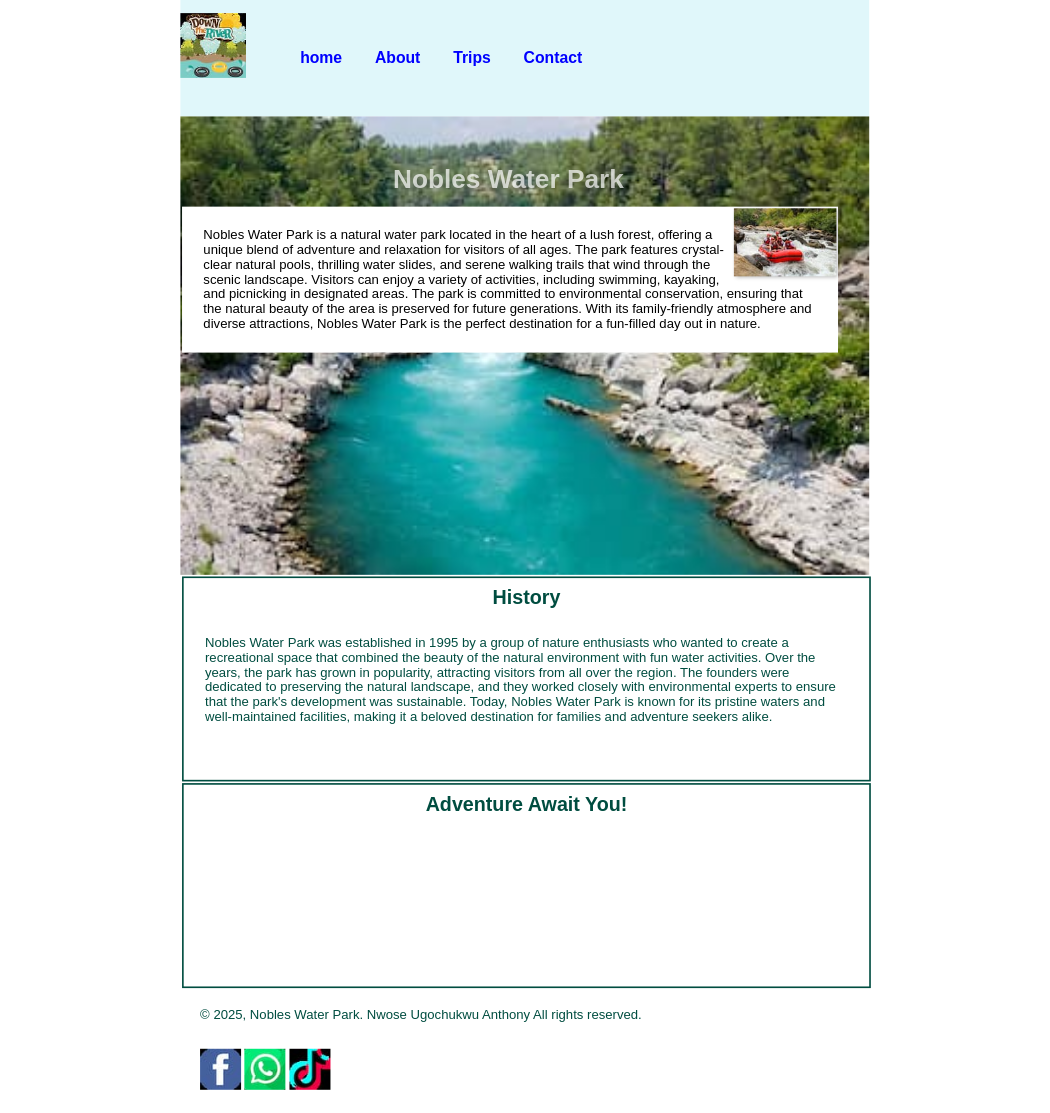
Repository: NoblesNigeria/wdd130
Page: wwr/about.html
The author's editor kept a copy of each file at every save. The page is drawn from the files as they stood at one save, then again after the next save.
The browser window is 1280 px wide. The pictures show the whole page, at 82% of full size.

Above is the page before, as saved 2025-09-16 17:46:34.

### wwr/about.html
<!DOCTYPE html>
<html lang="en">

<head>
    <meta charset="UTF-8">
    <meta name="viewport" content="width=device-width, initial-scale=1.0">
    <title>Nobles Water Park</title>
    <meta name="description" content=" Nobles natural water park, a place for friends and family fun. ">
    <meta name="author" content="Nwose Ugochukwu Anthony">
    <link rel="stylesheet" href="styles/rafting.css">
</head>

<body>
    <header>
        <img src="images/mylogo.jpg" alt="Nobles Water Park Logo">
        <nav>
            <a href="#">home</a>
            <a href="#">About</a>
            <a href="#">Trips</a>
            <a href="#">Contact</a>
        </nav>
    </header>
    <main>
        <div class="hero">
            <img src="images/myhero.jpg" alt="Nobles Water Park">
            <h1>Nobles Water Park</h1>
            <article>
                <img src="images/mycaption.jpg" alt="We are very happy to staffs here.">
                <p>Nobles Water Park is a natural water park located in the heart of a lush forest, offering a unique
                    blend of adventure and relaxation for visitors of all ages. The park features crystal-clear natural
                    pools, thrilling water slides, and serene walking trails that wind through the scenic landscape.
                    Visitors can enjoy a variety of activities, including swimming, kayaking, and picnicking in
                    designated areas. The park is committed to environmental conservation, ensuring that the natural
                    beauty of the area is preserved for future generations. With its family-friendly atmosphere and
                    diverse attractions, Nobles Water Park is the perfect destination for a fun-filled day out in
                    nature.
                </p>

            </article>
        </div>
        <section>
            <h2>History</h2>
            <p>Nobles Water Park was established in 1995 by a group of nature enthusiasts who wanted to create a
                recreational space that combined the beauty of the natural environment with fun water activities. Over
                the years, the park has grown in popularity, attracting visitors from all over the region. The founders
                were dedicated to preserving the natural landscape, and they worked closely with environmental experts
                to ensure that the park's development was sustainable. Today, Nobles Water Park is known for its
                pristine
                waters and well-maintained facilities, making it a beloved destination for families and adventure
                seekers
                alike.
            </p>
        </section>
        <section>
            <h2>Adventure Await You!</h2>
        </section>
    </main>
    <footer>
        <p>&copy; 2025, Nobles Water Park. Nwose Ugochukwu Anthony All rights reserved.</p>
        <nav class="social-media">
            <a href="https://www.facebook.com">
                <img src="images/facebookicon.jpg" alt="Facebook">
            </a>
            <a href="https://www.whatsapp.com">
                <img src="images/whatsappicon.jpg" alt="whatsapp">
            </a>
            <a href="https://www.tiktok.com">
                <img src="images/tik-tokicon.jpg" alt="tiktok">
            </a>
        </nav>
    </footer>
</body>

</html>

### wwr/styles/rafting.css
:root{
    --primary-color: #e0f7fa;
    --secondary-color: #004d40;
    --accent-color: #00796b;
    --font-family: 'Arial', sans-serif;
    --header-font-size: 2.5em;
    --body-font-size: 1em;
}
header{
    display: grid;
    background-color: var(--primary-color);
    grid-template-columns: repeat(5, 1fr);
    color: var(--secondary-color);
    padding: 1em 0;
    font-family: var(--font-family);;
}
*{
    box-sizing: border-box;
    margin: 0;
    padding: 0;
}
header nav {
    background-color: none;
    display:flex;
    justify-content: center;
    align-items: center;
}
header nav a {
    color: blue;
    display: block;
    text-decoration: none;
    font-weight: bold;
    font-size: 1.2rem;
    padding: 20px;
    align-items: center;
    justify-content: center;
}

header img{
    width: 80px;
    height: auto;
    display: block;
}
body{
    font-family: var(--font-family);
    color: var(--secondary-color);
}
header, main, footer{
    margin: 0 auto;
    width: 840px;
}
h1, h2{
    font-family: var(--font-family);
    color: var(--secondary-color);
}
nav, p, section,article {
    margin: 16px;
    padding: 8px;
}
section{
    width:840px;
    height: 250px;
    margin: 2px;
    padding: 2px;
    border: 2px solid var(--secondary-color);
}
h2{
    text-align: center;
    padding: 8px;
    top: 50px;
}
.social-media a{
    text-decoration: none;
}
.div{
    position: relative;
}
div img{
    width: 100%;
    height: auto;
    display: block;
}
h1{
    position: absolute;
    top: 200px;
    width: 800px;
    color: white;
    padding: 0;
    text-align: center;
    opacity: 0.7;
}
article{
    position: absolute;
    top: 250px;
    width: 800px;
    border: 2px;
    padding: 2px;
    margin:2px;
    color: black;
    background-color: white;
}
.hero article img{
    float: right;
    width: 125px;
    box-shadow: 2px 2px 5px rgba(0,0,0,0.3);
}

After the next save:
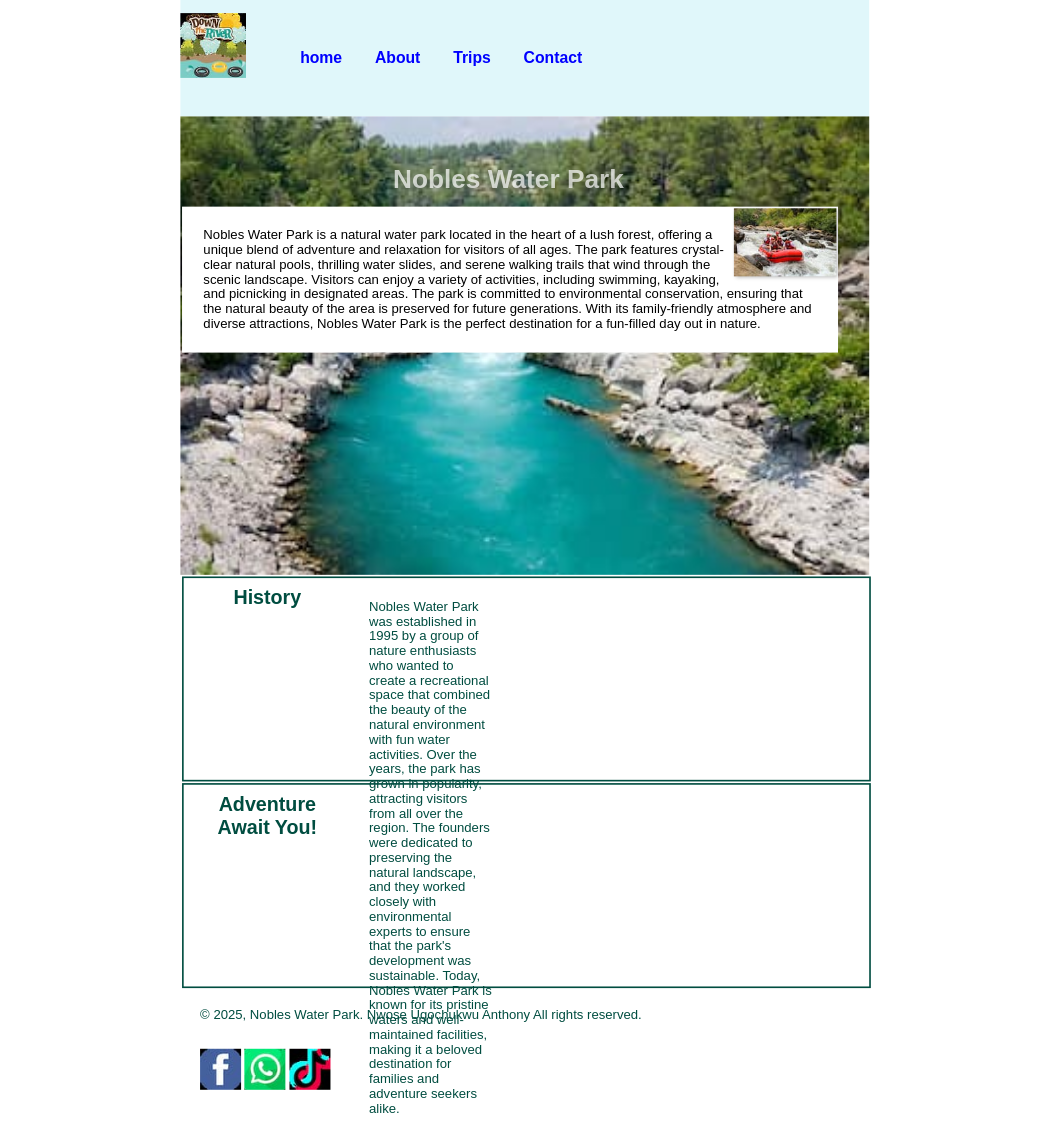
Saved 2 min 52 s later.
--- a/wwr/styles/rafting.css
+++ b/wwr/styles/rafting.css
@@ -58,6 +58,8 @@
     padding: 8px;
 }
 section{
+    display:grid;
+    grid-template-columns: repeat(3, 200px);
     width:840px;
     height: 250px;
     margin: 2px;

After the save that followed:
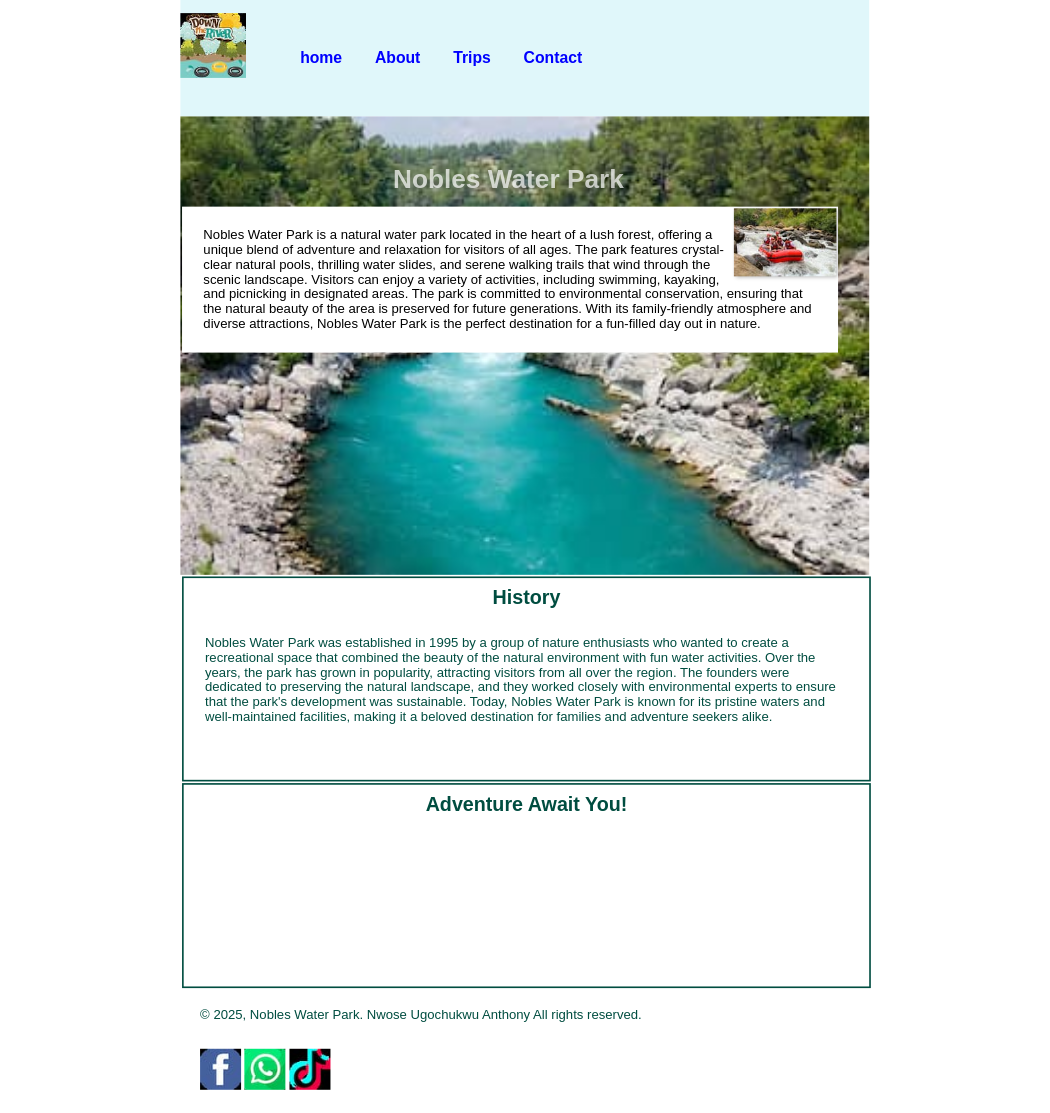
Saved 85 s later.
--- a/wwr/styles/rafting.css
+++ b/wwr/styles/rafting.css
@@ -58,8 +58,6 @@
     padding: 8px;
 }
 section{
-    display:grid;
-    grid-template-columns: repeat(3, 200px);
     width:840px;
     height: 250px;
     margin: 2px;
